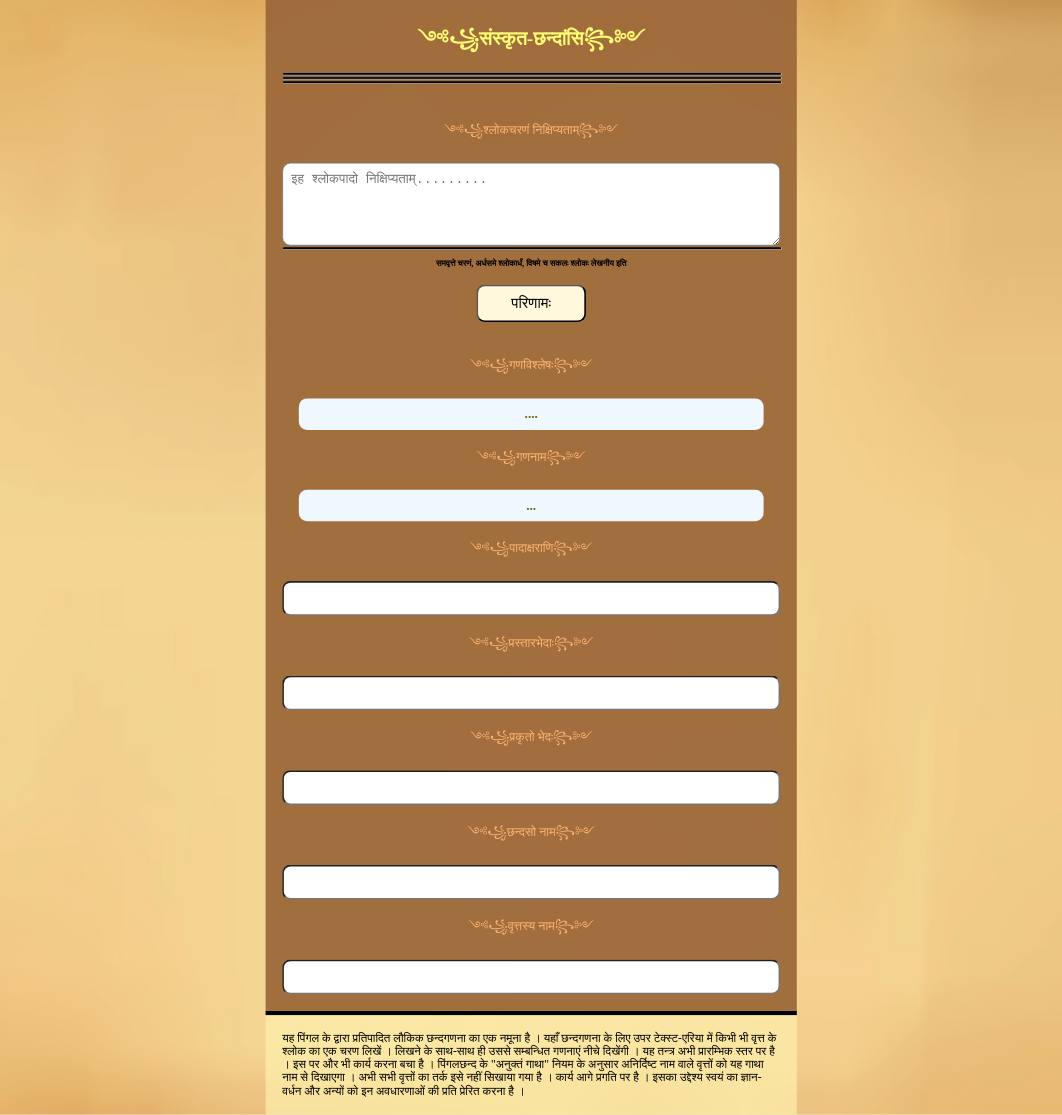
Repository: arshavak/pingala_chhand_shastram
Page: index.html
The author's editor kept a copy of each file at every save. The page is drawn from the files as they stood at one save, then again after the next save.
The browser window is 1280 px wide. The pictures show the whole page, at 83% of full size.

Above is the page before, as saved 2024-10-20 17:06:33.

### index.html

<head>
<title>संस्कृत-छन्दांसि</title>
<meta name="viewport" content="width=device-width, initial-scale=1.0">

<link rel="stylesheet"  href="style.css">

</head>
<body>
<div class="contaner" id="contaner">

<h3>༺꧁संस्कृत-छन्दांसि꧂༻
</h3>
<hr><hr><hr><br>
<label for="h3">༺꧁श्लोकचरणं निक्षिप्यताम्꧂༻</label>

<textarea placeholder="इह श्लोकपादो निक्षिप्यताम्.........
" id="inp" onkeyup="lagabodhakam();"></textarea>
<hr>
<b id="note">समवृत्ते चरणं, अर्धसमे श्लोकार्धं, विषमे च सकलः श्लोकः लेखनीय इति</b>
<button id="btn" onclick="lagabodhakam()">परिणामः</button>
<label>༺꧁गणविश्लेषः꧂༻</label>
<h4 id="SI_vichched">....</h4>
<h4 id="falani"></h4>
<label>༺꧁गणनाम꧂༻</label>
<h4 id="fl">...</h4>
<label>༺꧁पादाक्षराणि꧂༻</label>
<input id="padaksharani" type="number"  readonly="" title="number"/>
<label>༺꧁प्रस्तारभेदाः꧂༻</label>
<input id="prastarabhedah" type="number" readonly="" title="number"/>
<label>༺꧁प्रकृतो भेदः꧂༻</label>
<input id="prakritobhedah" type="number" readonly="" title="number"/>
<label>༺꧁छन्दसो नाम꧂༻</label>
<input id="chhandasonama" type="text" readonly="" title="number"/>

<label>༺꧁वृत्तस्य नाम꧂༻</label>
<input id="vname" type="text" readonly="" title="number"/>
<span id="ktmtest"></span>

</div>

<div class="vivaran">

 <p>
     यह पिंगल के द्वारा प्रतिपादित लौकिक छन्दगणना का एक नमूना है ।
     यहाँ छन्दगणना के लिए उपर टेक्स्ट-एरिया में किभी भी वृत्त के  श्लोक का एक चरण लिखें । लिखने के साथ-साथ ही उससे सम्बन्धित गणनाएं नीचे  दिखेंगी । यह तन्त्र अभी प्रारम्भिक स्तर पर है । इस पर और भी कार्य करना बचा है । पिंगलछन्द के "अनुक्तं गाथा" नियम के अनुसार अनिर्दिष्ट नाम वाले वृत्तों  को यह गाथा नाम से दिखाएगा । अभी सभी वृत्तों का तर्क इसे नहीं सिखाया गया है । कार्य आगे प्रगति पर है । इसका उद्देश्य स्वयं का ज्ञान-वर्धन और अन्यों को इन अवधारणाओं की प्रति प्रेरित करना है ।

 </p>

</div>
<script src="Javascript files/main-script.js"></script>
<script src="Javascript files/vritt-script.js"></script>
<script src="Javascript files/gan-script.js"></script>
</body>

### style.css


*{
  padding: 0;
  margin: 0;

}

body {
  background-image: url("fotos/bgchh.png");
  background-position: center;
  background-repeat: no-repeat;

  background-size: cover;
  font-size: 20px;
}
label {
  margin-top: 15px;
  margin-bottom: 15px;
  display: block;
  font-size: 15px;
  color:#ffb670;
}

#note{
  font-size: 10px;
  margin-top: 10px;
  display: block;
}

textarea {
  min-width: 100%;
  resize: vertical;
  min-height: 100px;
  padding: 10px;
  border-radius: 10px;
  font-size: 16px;
}

input{
  outline: none;
  width: 100%;
  padding: 10px;
  border-radius: 10px;
  font-size: 16px;
}

#btn{
  margin: 20px;
  background-color: cornsilk;
  display: inline-block;
  padding: 10px 40px;
  border-radius: 10px;
  font-weight: 400px;
  font-size: 18px;
  cursor: pointer;
  transition: background-color 0.3s ease;
}

#btn :hover{
  background-color: #f9b93f;
}
#btn :active{
   transform: calc(.2);
}
.contaner{
  padding: 20px;
  position: relative;
  text-align: center;
  background-color: #9d693af0;
  max-width: 600px;
  margin: auto;

}
.vivaran{
  background-color: rgba(255, 241, 174, 0.686);
/* color: rgb(2, 98, 98); */
padding: 20px;
font-size: 14px;
max-width: 600px;
  margin: auto;
  border-top:5px solid #000000;
}

#falani{
  display:none
}
#ktmtest{
  font-size:0px;
}

h3{
  color:#fffd73;
}

h4 {
  color:#696700;
  margin: auto;
  word-wrap:break-word;
  font-weight:900;
  overflow-x:hidden;
  background-color: aliceblue;
  outline: none;
  width: 90%;
  padding: 10px;
  border-radius: 10px;
  font-size: 16px;
}

hr{
  background-color: #000000;
  height: 2px;
  width: 100%;
  border-radius: 20px;
  margin-top: 1px;
}

### Javascript files/gan-script.js
function gan(){
document.getElementById("fl").innerHTML="";
var x = document.getElementById("falani").innerText;
x=x.match(/.{1,3}/g);
var falam = document.getElementById("fl");
document.getElementById("SI_vichched").innerText=x;
for(var i = 0; i<x.length; i++){
if(x[i]=="ISI"){
falam.innerHTML+=`<b class="alrt" onclick="alert('कदा स ज्')">जगण</b>`;
}else
if(x[i]=="SSS"){
falam.innerHTML+= `<b class="alrt" onclick="alert('धीश्रीस्त्री म्')">मगण</b>`;
}else
if(x[i]=="ISS"){
falam.innerHTML+=`<b class="alrt" onclick="alert('वरा सा य्')">यगण</b>`;
}else

if(x[i]=="SIS"){
falam.innerHTML+=`<b class="alrt" onclick="alert('का गुहा र्')">रगण</b>`;
}else

if(x[i]=="IIS"){
falam.innerHTML+=`<b class="alrt" onclick="alert('वसुधा स्')">सगण</b>`;
}else

if(x[i]=="SSI"){
falam.innerHTML+=`<b class="alrt" onclick="alert('सा ते क्व त्')">तगण</b>`;
}else

if(x[i]=="SII"){
falam.innerHTML+=`<b class="alrt" onclick="alert('किं वद भ्')">भगण</b>`;
}else

if(x[i]=="III"){
falam.innerHTML+=`<b class="alrt" onclick="alert('न हसन्')">नगण</b>`;
}else

if(x[i]=="S"){
falam.innerHTML+=`<b class="alrt" onclick="alert('गन्ते , ध्रादिपरः , हे ')">गुरु</b>`;
}else

if(x[i]=="SS"){
falam.innerHTML+=`<b class="alrt" onclick="alert('गन्ते , ध्रादिपरः , हे ')">गुरुगुरु</b>`;
}else

if(x[i]=="SI"){
falam.innerHTML+=`<b class="alrt" onclick="alert('लघुगुरु')"> गुरुलघु</b>`;
}else

if(x[i]=="IS"){
falam.innerHTML+=`<b class="alrt" onclick="alert('लघुगुरु ')">लघुगुरु </b>`;
}else

if(x[i]=="II"){
falam.innerHTML+=`<b class="alrt" onclick="alert('लघु लघु')">लघु लघु</b>`;
}else

if(x[i]=="I"){
falam.innerHTML+=`<b class="alrt" onclick="alert('लघु')">लघु</b>`;
}else{
falam.innerHTML="......";
}}}

Loaded but not shown: Javascript files/main-script.js (no copy from this time; the picture is the same without it); Javascript files/vritt-script.js (no copy from this time; the picture is the same without it)

After the next save:
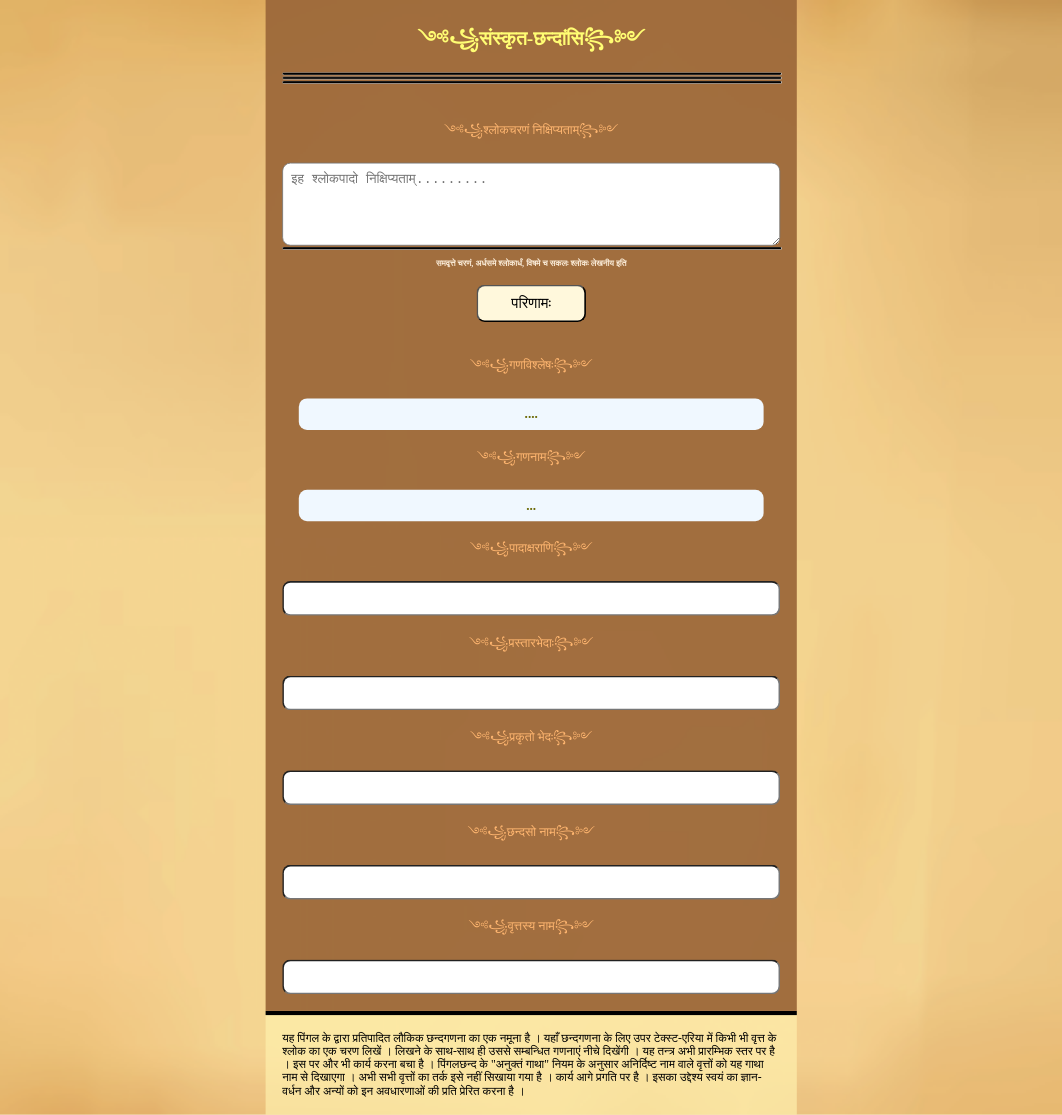
Saved 11 s later.
--- a/style.css
+++ b/style.css
@@ -26,6 +26,7 @@ label {
   font-size: 10px;
   margin-top: 10px;
   display: block;
+  color: antiquewhite;
 }
 
 textarea {
